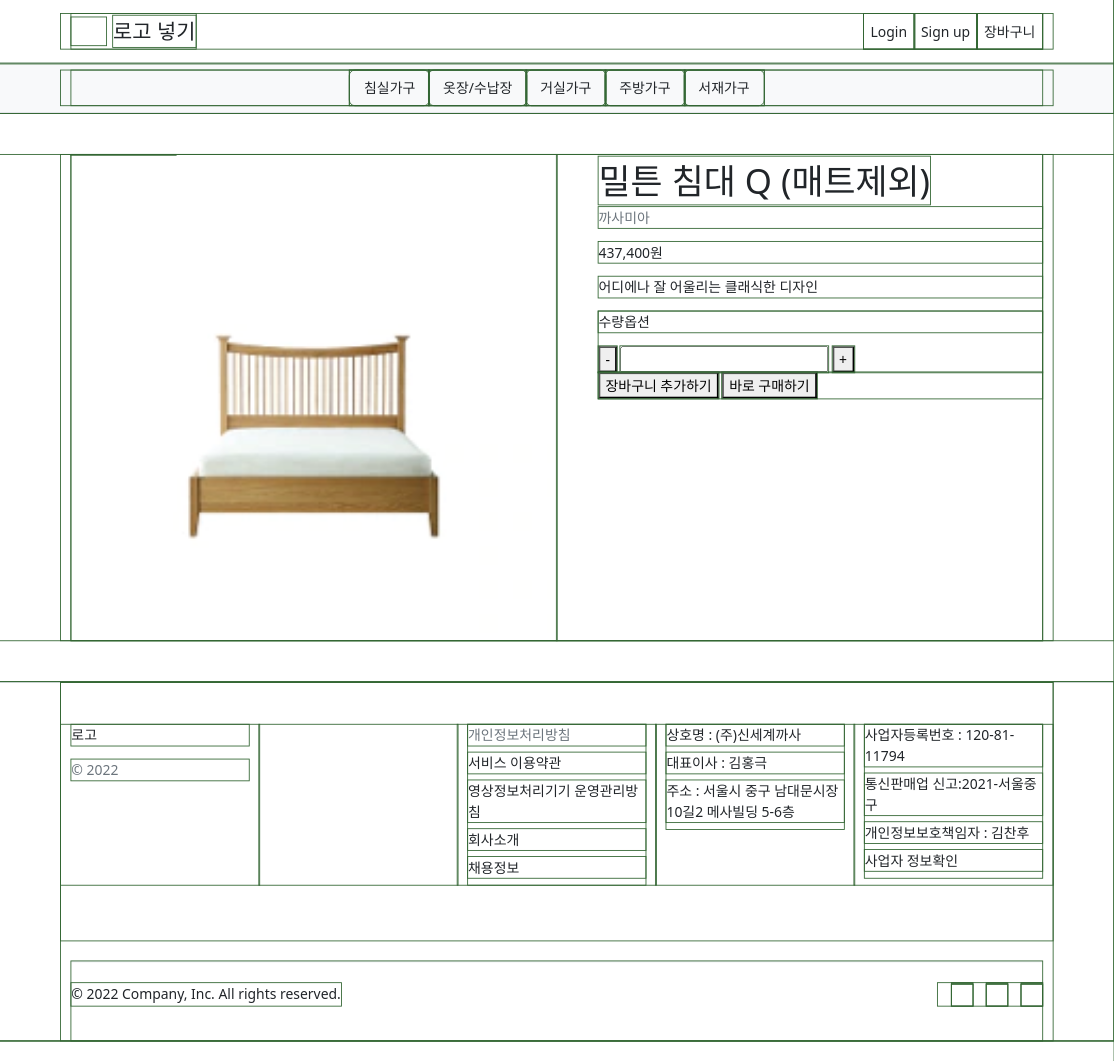
Repository: raoniee/Elice-House-Project
Page: FE/views/pages/main/item-detail-page.html
These files come from the project's save history. The page is drawn as it stood at one moment and after the next save; the edit follows.
The browser window is 1280 px wide. The pictures show the whole page, at 87% of full size.

Above is the page before, as saved 2023-07-06 15:03:26.

### FE/views/pages/main/item-detail-page.html
<!DOCTYPE html>
<html lang="ko">
  <head>
    <meta charset="UTF-8" />
    <meta http-equiv="X-UA-Compatible" content="IE=edge" />
    <meta name="viewport" content="width=device-width, initial-scale=1.0" />
    <title>Elice-House/item-detail</title>
    <link
      href="https://cdn.jsdelivr.net/npm/bootstrap@5.2.3/dist/css/bootstrap.min.css"
      rel="stylesheet"
      integrity="sha384-rbsA2VBKQhggwzxH7pPCaAqO46MgnOM80zW1RWuH61DGLwZJEdK2Kadq2F9CUG65"
      crossorigin="anonymous"
    />
    <!-- header.module.js -->
    <script
      src="../../components/header/header.js"
      type="module"
      defer
    ></script>
    <!-- footer.module.js -->
    <script
      src="../../components/footer/footer.js"
      type="module"
      defer
    ></script>
    <!-- item-detail-page.module.js -->
    <script src="./item-detail-page.js" type="module" defer></script>
    <style>
      * {
        outline: 1px solid #363;
      }
    </style>
  </head>
  <body>
    <header class="header">
      <!-- header template로 삽입 -->
    </header>

    <main>
      <div class="container my-5">
        <div
          class="menu_bar d-flex justify-content-between"
          style="width: 120px"
        >
          <!-- menu_bar template로 삽입 -->
        </div>

        <div class="item_detail_card d-flex justify-content-between">
          <img
            class="w-50"
            src="../../../public/assets/imgs/item-list-card.webp"
            alt="가구"
          />
          <div class="item_detail_content w-50 ps-5">
            <span class="item_detail_name fs-1">밀튼 침대 Q (매트제외)</span>
            <p class="item_detail_brand text-muted">까사미아</p>
            <p class="item_detail_price">437,400원</p>
            <p class="item_detail_desc">어디에나 잘 어울리는 클래식한 디자인</p>
            <div class="item_detail_quantity">
              <p>수량옵션</p>
              <button id="minus">-</button>
              <input type="number" />
              <button id="plus">+</button>
            </div>
            <div class="item_detail_option">
              <button class="basket">장바구니 추가하기</button>
              <button class="purchase">바로 구매하기</button>
            </div>
          </div>
        </div>
      </div>
    </main>

    <footer class="footer">
      <!-- footer template로 삽입 -->
    </footer>

    <script
      src="https://cdn.jsdelivr.net/npm/bootstrap@5.2.3/dist/js/bootstrap.bundle.min.js"
      integrity="sha384-kenU1KFdBIe4zVF0s0G1M5b4hcpxyD9F7jL+jjXkk+Q2h455rYXK/7HAuoJl+0I4"
      crossorigin="anonymous"
    ></script>
  </body>
</html>

### FE/views/components/header/header.js
export const drawHeader = () => {
  let headerTemplate = `
  <div class="py-3 border-bottom">
      <div class="container d-flex flex-wrap justify-content-center">
        <a
          href="/"
          class="d-flex align-items-center mb-3 mb-lg-0 me-lg-auto text-dark text-decoration-none"
        >
          <svg class="bi me-2" width="40" height="32">
            <use xlink:href="#bootstrap" />
          </svg>
          <span class="fs-4">로고 넣기</span>
        </a>
        <ul class="nav">
          <li class="nav-item">
            <a href="" class="nav-link link-dark px-2">Login</a>
          </li>
          <li class="nav-item">
            <a href="" class="nav-link link-dark px-2">Sign up</a>
          </li>
          <li class="nav-item">
            <a href="" class="nav-link link-dark px-2">장바구니</a>
          </li>
        </ul>
      </div>
    </div>
    <nav class="py-2 bg-light border-bottom">
      <div class="container">
        <ul class="nav justify-content-center nav-pills">
          <li class="nav-item">
            <div class="dropdown text-end">
              <a
                href="#"
                class="d-block link-dark text-decoration-none nav-link"
                data-bs-toggle="dropdown"
                aria-expanded="false"
                >침실가구
              </a>
              <ul class="dropdown-menu text-small">
                <li><a class="dropdown-item" href="#">침대</a></li>
                <li><a class="dropdown-item" href="#">매트리스/토퍼</a></li>
                <li><a class="dropdown-item" href="#">화장대/콘솔/거울</a></li>
                <li><a class="dropdown-item" href="#">서랍장/협탁</a></li>
              </ul>
            </div>
          </li>
          <li class="nav-item">
            <div class="dropdown text-end">
              <a
                href="#"
                class="d-block link-dark text-decoration-none nav-link"
                data-bs-toggle="dropdown"
                aria-expanded="false"
                >옷장/수납장
              </a>
              <ul class="dropdown-menu text-small">
                <li><a class="dropdown-item" href="#">옷장/붙박이장</a></li>
                <li><a class="dropdown-item" href="#">드레스룸/행거</a></li>
              </ul>
            </div>
          </li>
          <li class="nav-item">
            <div class="dropdown text-end">
              <a
                href="#"
                class="d-block link-dark text-decoration-none nav-link"
                data-bs-toggle="dropdown"
                aria-expanded="false"
                >거실가구
              </a>
              <ul class="dropdown-menu text-small">
                <li><a class="dropdown-item" href="#">소파</a></li>
                <li><a class="dropdown-item" href="#">거실테이블</a></li>
                <li><a class="dropdown-item" href="#">거실장</a></li>
              </ul>
            </div>
          </li>
          <li class="nav-item">
            <div class="dropdown text-end">
              <a
                href="#"
                class="d-block link-dark text-decoration-none nav-link"
                data-bs-toggle="dropdown"
                aria-expanded="false"
                >주방가구
              </a>
              <ul class="dropdown-menu text-small">
                <li><a class="dropdown-item" href="#">식탁/테이블</a></li>
                <li><a class="dropdown-item" href="#">홈바/아일랜드식탁</a></li>
                <li><a class="dropdown-item" href="#">식탁세트</a></li>
              </ul>
            </div>
          </li>
          <li class="nav-item">
            <div class="dropdown text-end">
              <a
                href="#"
                class="d-block link-dark text-decoration-none nav-link"
                data-bs-toggle="dropdown"
                aria-expanded="false"
                >서재가구
              </a>
              <ul class="dropdown-menu text-small">
                <li><a class="dropdown-item" href="#">책상/책장/ACC</a></li>
                <li><a class="dropdown-item" href="#">서재의자</a></li>
              </ul>
            </div>
          </li>
        </ul>
      </div>
    </nav>
    `;
  // .header 부분에 header.html을 삽입
  const headerTag = document.querySelector(".header");
  headerTag.innerHTML = headerTemplate;
};

### FE/views/components/footer/footer.js
export const drawFooter = () => {
  let footerTemplate = `        <div class="border-top">
        <div class="container">
      <div class="row py-5">
        <div class="col mb-3">
          <a
            href="/"
            class="d-flex align-items-center mb-3 link-dark text-decoration-none"
          >
            로고
          </a>
          <p class="text-muted">&copy; 2022</p>
        </div>

        <div class="col mb-3"></div>

        <div class="col mb-3">
          <ul class="nav flex-column">
            <li class="nav-item mb-2 text-muted">개인정보처리방침</li>
            <li class="nav-item mb-2">서비스 이용약관</li>
            <li class="nav-item mb-2">영상정보처리기기 운영관리방침</li>
            <li class="nav-item mb-2">회사소개</li>
            <li class="nav-item mb-2">채용정보</li>
          </ul>
        </div>

        <div class="col mb-3">
          <ul class="nav flex-column">
            <li class="nav-item mb-2">상호명 : (주)신세계까사</li>
            <li class="nav-item mb-2">대표이사 : 김홍극</li>
            <li class="nav-item mb-2">
              주소 : 서울시 중구 남대문시장10길2 메사빌딩 5-6층
            </li>
          </ul>
        </div>

        <div class="col mb-3">
          <ul class="nav flex-column">
            <li class="nav-item mb-2">사업자등록번호 : 120-81-11794</li>
            <li class="nav-item mb-2">통신판매업 신고:2021-서울중구</li>
            <li class="nav-item mb-2">개인정보보호책임자 : 김찬후</li>
            <li class="nav-item mb-2">사업자 정보확인</li>
          </ul>
        </div>
      </div>
      <div
        class="d-flex flex-column flex-sm-row justify-content-between py-4 my-4 border-top"
      >
        <p>&copy; 2022 Company, Inc. All rights reserved.</p>
        <ul class="list-unstyled d-flex">
          <li class="ms-3">
            <a class="link-dark" href="#"
              ><svg class="bi" width="24" height="24">
                <use xlink:href="#twitter" /></svg
            ></a>
          </li>
          <li class="ms-3">
            <a class="link-dark" href="#"
              ><svg class="bi" width="24" height="24">
                <use xlink:href="#instagram" /></svg
            ></a>
          </li>
          <li class="ms-3">
            <a class="link-dark" href="#"
              ><svg class="bi" width="24" height="24">
                <use xlink:href="#facebook" /></svg
            ></a>
          </li>
        </ul>
      </div>
    </div>

        </div>`;
  // .footer 부분에 footer.html을 삽입
  const footerTag = document.querySelector(".footer");
  footerTag.innerHTML = footerTemplate;
};

### FE/views/pages/main/item-detail-page.js
import { drawHeader } from "../../components/header/header.js";
import { drawFooter } from "../../components/footer/footer.js";

// Header, Footer 템플릿 삽입
drawHeader();
drawFooter();

After the next save:
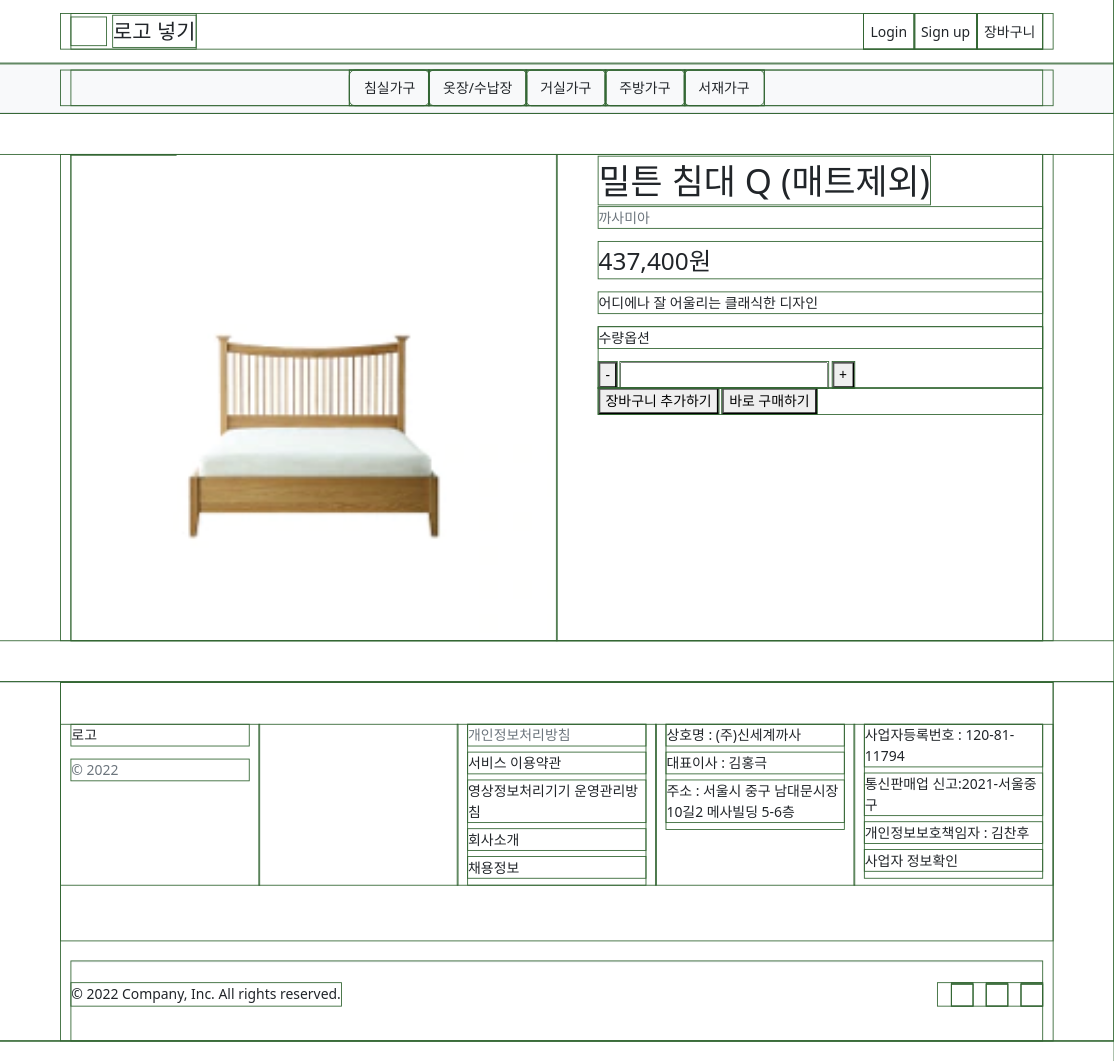
Saved 16 s later.
--- a/FE/views/pages/main/item-detail-page.html
+++ b/FE/views/pages/main/item-detail-page.html
@@ -54,7 +54,7 @@
           <div class="item_detail_content w-50 ps-5">
             <span class="item_detail_name fs-1">밀튼 침대 Q (매트제외)</span>
             <p class="item_detail_brand text-muted">까사미아</p>
-            <p class="item_detail_price">437,400원</p>
+            <p class="item_detail_price fs-3">437,400원</p>
             <p class="item_detail_desc">어디에나 잘 어울리는 클래식한 디자인</p>
             <div class="item_detail_quantity">
               <p>수량옵션</p>
